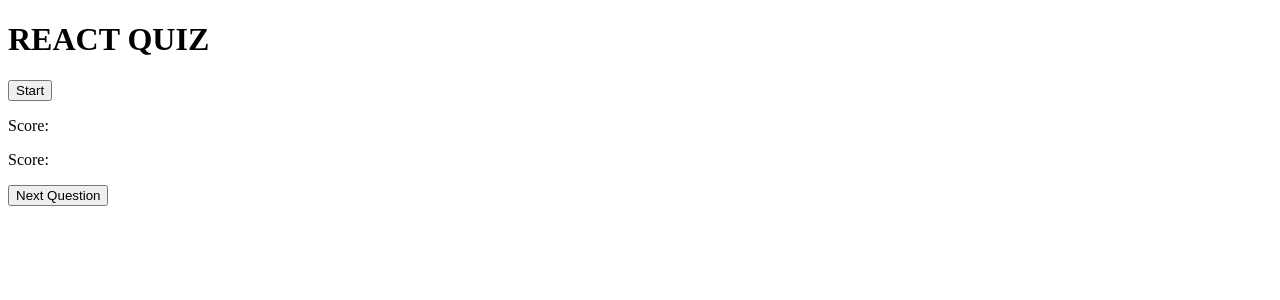
Repository: akinsikuoluwafemi/questions-typescript
Page: /
The author's editor kept a copy of each file at every save. The page is drawn from the files as they stood at one save, then again after a run of saves.
The browser window is 1280 px wide. The pictures show the whole page.
The project was rebuilt for these pictures with package versions that can differ from the ones it lists, and the page was loaded fresh each time. Also part of the build but not shown: src/components/QuestionCard.tsx.

Above is the page before, as saved 2021-03-11 14:58:15.

### public/index.html
<!DOCTYPE html>
<html lang="en">
  <head>
    <meta charset="utf-8" />
    <link rel="icon" href="%PUBLIC_URL%/favicon.ico" />
    <meta name="viewport" content="width=device-width, initial-scale=1" />
    <meta name="theme-color" content="#000000" />
    <meta
      name="description"
      content="Web site created using create-react-app"
    />
    <link rel="preconnect" href="https://fonts.gstatic.com" />
    <link
    href="https://fonts.googleapis.com/css2?family=Catamaran:wght@700&family=Lato&display=swap"
    rel="stylesheet"
  />

    <link rel="apple-touch-icon" href="%PUBLIC_URL%/logo192.png" />
    <!--
      manifest.json provides metadata used when your web app is installed on a
      user's mobile device or desktop. See https://developers.google.com/web/fundamentals/web-app-manifest/
    -->
    <link rel="manifest" href="%PUBLIC_URL%/manifest.json" />
    <!--
      Notice the use of %PUBLIC_URL% in the tags above.
      It will be replaced with the URL of the `public` folder during the build.
      Only files inside the `public` folder can be referenced from the HTML.

      Unlike "/favicon.ico" or "favicon.ico", "%PUBLIC_URL%/favicon.ico" will
      work correctly both with client-side routing and a non-root public URL.
      Learn how to configure a non-root public URL by running `npm run build`.
    -->
    <title>React App</title>
  </head>
  <body>
    <noscript>You need to enable JavaScript to run this app.</noscript>
    <div id="root"></div>
    <!--
      This HTML file is a template.
      If you open it directly in the browser, you will see an empty page.

      You can add webfonts, meta tags, or analytics to this file.
      The build step will place the bundled scripts into the <body> tag.

      To begin the development, run `npm start` or `yarn start`.
      To create a production bundle, use `npm run build` or `yarn build`.
    -->
  </body>
</html>

### src/App.tsx
import React, {useState, useEffect} from 'react';
import QuestionCard from './components/QuestionCard';
import { fetchQuizQuestions } from './API';


// Types
import { QuestionState, Difficulty } from './API';

const TOTAL_QUESTIONS = 10;

type AnswerObject = {
    question: string;
    answer: string;
    correct: boolean;
    correctAnswer: string;

}

const App =  () =>  {



    const [loading, setLoading] = useState(false);
    const [questions, setQuestions] = useState<QuestionState[]>([]);
    const [number, setNumber] = useState(0);
    const [userAnswers, setUserAnswers] = useState<AnswerObject[]>([]);
    const [score, setScore] = useState(0);
    const [gameOver, setGameOver] = useState(true)


    console.log(questions)

    const startTrivia = async () => {
        setLoading(true);
        setGameOver(false);

        const newQuestions = await fetchQuizQuestions(TOTAL_QUESTIONS, Difficulty.EASY)

        setQuestions(newQuestions);
        setScore(0)
        setUserAnswers([]);
        setNumber(0);
        setLoading(false)

    }

    const checkAnswer = (e: React.MouseEvent<HTMLButtonElement>) => {


    }

    const nextQuestion = () => {

    }

    return (
        <div className="App">
            <h1>REACT QUIZ</h1>
            {gameOver || userAnswers.length === TOTAL_QUESTIONS ? (
                <button className="start" onClick={startTrivia}>
                    Start
                </button>
            ) : null}
            <p className="score">Score:</p>
            <p className="score">Score:</p>
            {!gameOver ? <p>Score</p> : null }
            {loading && <p>Loading Questions ...</p> }

            {!loading && !gameOver && (
                <QuestionCard
                questionNr={number + 1}
                totalQuestions={TOTAL_QUESTIONS}
                question={questions[number].question}
                answers={questions[number].answers}
                userAnswer={userAnswers ? userAnswers[number] : undefined}
                callback={checkAnswer}
            />
            )}


            <button className="next" onClick={nextQuestion}>
                Next Question
            </button>
        </div>
    )
}


export default App;

### src/API.ts
import {shuffleArray } from './utils';

export type Question = {
    category: string;
    correct_answer: string;
    difficulty: string;
    incorrect_answers: string[];
    question: string;
    type: string;
}

export type QuestionState = Question & { answers: string[]}

export enum Difficulty {
    EASY = "easy",
    MEDIUM = "medium",
    HARD = "hard"
}

export const fetchQuizQuestions = async (amount: number, difficulty: Difficulty) => {
    const endpoint = `https://opentdb.com/api.php?amount=${amount}&difficulty=${difficulty}&type=multiple`;

    const data = await (await fetch(endpoint)).json();
    return data.results.map((question: Question) => (
        {
            ...question,
            answers: shuffleArray([...question.incorrect_answers, question.correct_answer])
        }
    ))
}

### src/utils.ts
export const shuffleArray = (array: any[]) => [...array].sort(() => Math.random() - 0.5);

Loaded but not shown: src/index.tsx (common file)

After the next 4 saves:
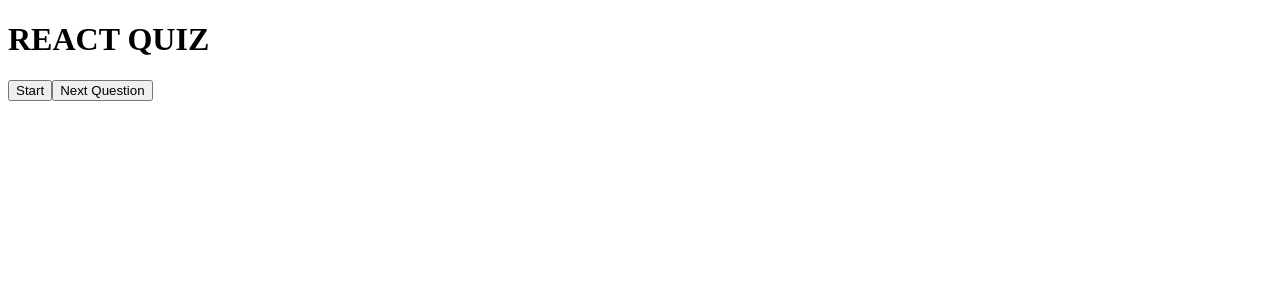
The 4 saves are shown as one change because they came seconds apart.
The last was saved 10 s later.
--- a/src/App.tsx
+++ b/src/App.tsx
@@ -61,9 +61,7 @@ const App =  () =>  {
                     Start
                 </button>
             ) : null}
-            <p className="score">Score:</p>
-            <p className="score">Score:</p>
-            {!gameOver ? <p>Score</p> : null }
+            {!gameOver ? <p className="score">Score</p> : null }
             {loading && <p>Loading Questions ...</p> }
 
             {!loading && !gameOver && (
